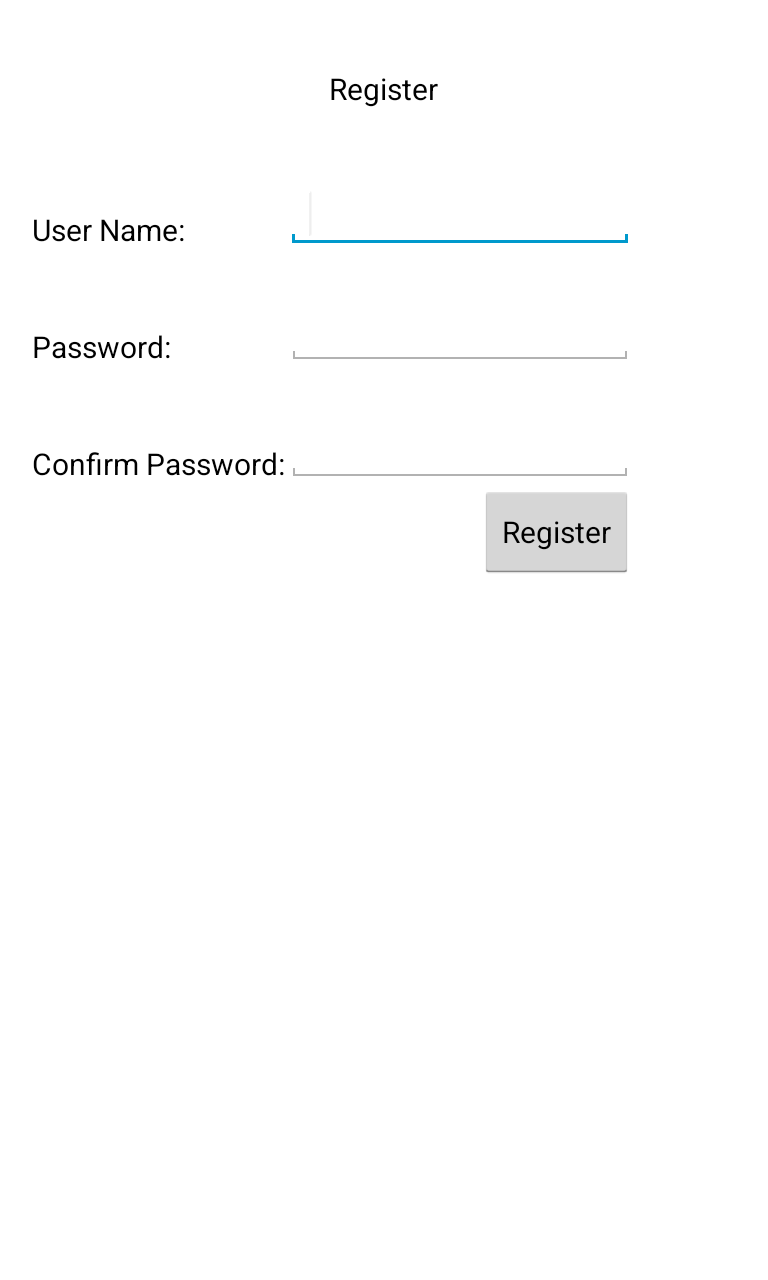
Repository: chrisberry/WebAPIWithAndroidUI
Layout: PeopleAPIAndroid/PeopleAPI/res/layout/register_main.xml
These files come from the project's save history. The layout is drawn as it stood at one moment and after the next save; the edit follows.
It is drawn on a 768 x 1280 px phone screen (xhdpi) without system bars, with theme AppTheme; the app's code is not run.

Above is the layout before, as saved 2014-02-11 19:05:56.

### PeopleAPIAndroid/PeopleAPI/res/layout/register_main.xml
<RelativeLayout xmlns:android="http://schemas.android.com/apk/res/android"
    xmlns:tools="http://schemas.android.com/tools"
    android:layout_width="match_parent"
    android:layout_height="match_parent"
    android:paddingBottom="@dimen/activity_vertical_margin"
    android:paddingLeft="@dimen/activity_horizontal_margin"
    android:paddingRight="@dimen/activity_horizontal_margin"
    android:paddingTop="@dimen/activity_vertical_margin"
    tools:context=".RegisterActivity" >

    <TextView
        android:id="@+id/textHeader"
        android:layout_width="wrap_content"
        android:layout_height="wrap_content"
        android:layout_alignParentTop="true"
        android:layout_centerHorizontal="true"
        android:layout_marginTop="18dp"
        style="20sp"
        android:text="@string/register_tile"
        android:textAppearance="?android:attr/textAppearanceLarge" />

    <TextView
        android:id="@+id/txtUserName"
        android:layout_width="wrap_content"
        android:layout_height="wrap_content"
        android:layout_alignParentLeft="true"
        android:layout_below="@+id/textHeader"
        android:layout_marginTop="50dp"
        android:text="@string/username"
        android:textAppearance="?android:attr/textAppearanceMedium" />

    <EditText
        android:id="@+id/editUserName"
        android:layout_width="wrap_content"
        android:layout_height="wrap_content"
        android:layout_alignBottom="@+id/txtUserName"
        android:layout_marginLeft="50dp"
        android:layout_toRightOf="@+id/txtUserName"
        android:ems="10" >

        <requestFocus />
    </EditText>

    <TextView
        android:id="@+id/txtPassword"
        android:layout_width="wrap_content"
        android:layout_height="wrap_content"
        android:layout_alignLeft="@+id/txtUserName"
        android:layout_below="@+id/txtUserName"
        android:layout_marginTop="38dp"
        android:text="@string/password"
        android:textAppearance="?android:attr/textAppearanceMedium" />

    <EditText
        android:id="@+id/editPassword"
        android:layout_width="wrap_content"
        android:layout_height="wrap_content"
        android:layout_alignBottom="@+id/txtPassword"
        android:layout_alignLeft="@+id/editUserName"
        android:ems="10"
        android:inputType="textPassword" />

     <TextView
        android:id="@+id/txtConfirmPassword"
        android:layout_width="wrap_content"
        android:layout_height="wrap_content"
        android:layout_alignLeft="@+id/txtPassword"
        android:layout_below="@+id/txtPassword"
        android:layout_marginTop="38dp"
        android:text="@string/confirm_password"
        android:textAppearance="?android:attr/textAppearanceMedium" />
     <EditText
        android:id="@+id/editConfirmPassword"
        android:layout_width="wrap_content"
        android:layout_height="wrap_content"
        android:layout_alignBottom="@+id/txtConfirmPassword"
        android:layout_alignLeft="@+id/editPassword"
        android:ems="10"
        android:inputType="textPassword" />



    <Button
        android:id="@+id/button1"
        android:layout_width="wrap_content"
        android:layout_height="wrap_content"
        android:layout_alignRight="@+id/editConfirmPassword"
        android:layout_below="@+id/editConfirmPassword"
        android:onClick="Register"
        android:text="@string/register" />



</RelativeLayout>

### PeopleAPIAndroid/PeopleAPI/res/values/styles.xml
<resources>

    <!--
        Base application theme, dependent on API level. This theme is replaced
        by AppBaseTheme from res/values-vXX/styles.xml on newer devices.


    -->
    <style name="AppBaseTheme" parent="android:Theme.Light">
        <!--
            Theme customizations available in newer API levels can go in
            res/values-vXX/styles.xml, while customizations related to
            backward-compatibility can go here.


        -->
    </style>

    <!-- Application theme. -->
    <style name="AppTheme" parent="AppBaseTheme">
        <!-- All customizations that are NOT specific to a particular API-level can go here. -->
        <item name="android:textSize">15sp</item>
		 <item name="android:layout_width">fill_parent</item>
        <item name="android:layout_height">wrap_content</item>
        <item name="android:typeface">sans</item>
    </style>

    <style name="CodeFont" parent="@android:style/TextAppearance.Medium">
        <item name="android:layout_width">fill_parent</item>
        <item name="android:layout_height">wrap_content</item>
        <item name="android:textColor">#006699</item>
        <item name="android:typeface">sans</item>
    </style>

</resources>

### PeopleAPIAndroid/PeopleAPI/res/values/strings.xml
<?xml version="1.0" encoding="utf-8"?>
<resources>
    <string name="app_name">People API</string>
    <string name="action_settings">Settings</string>
    <string name="hello_world">Hello world!</string>
    <string name="login_tile">Login</string>
    <string name="register_tile">Register</string>
    <string name="register_prompt">No Account? Register here!</string>
    <string name="password">Password:</string>
    <string name="confirm_password">Confirm Password:</string>
    <string name="login">Login</string>
    <string name="register">Register</string>
    <string name="username">User Name:</string>
</resources>

Loaded but not shown: PeopleAPIAndroid/PeopleAPI/res/values-v11/styles.xml (common file); PeopleAPIAndroid/PeopleAPI/res/values-v14/styles.xml (common file); PeopleAPIAndroid/PeopleAPI/res/values/dimens.xml (common file)

After the next save:
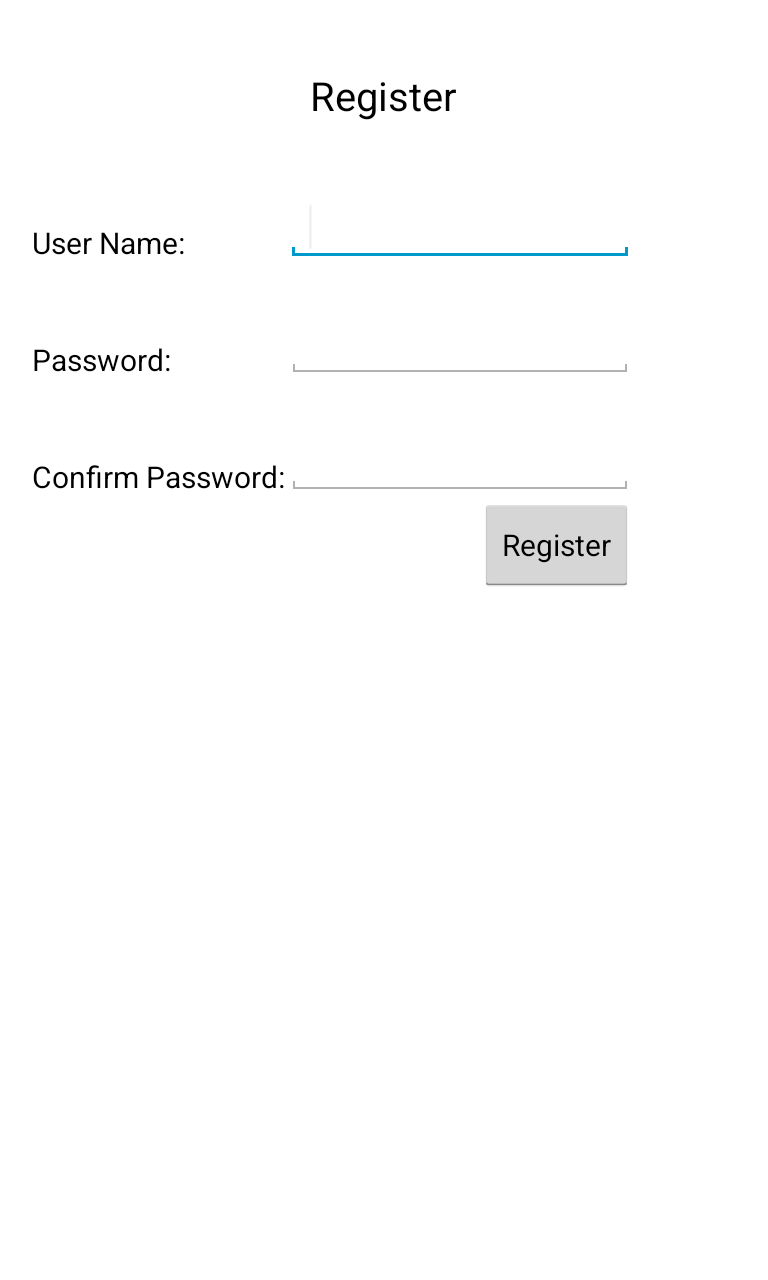
Saved 65 s later.
--- a/PeopleAPIAndroid/PeopleAPI/res/layout/register_main.xml
+++ b/PeopleAPIAndroid/PeopleAPI/res/layout/register_main.xml
@@ -15,8 +15,8 @@
         android:layout_alignParentTop="true"
         android:layout_centerHorizontal="true"
         android:layout_marginTop="18dp"
-        style="20sp"
         android:text="@string/register_tile"
+        android:textSize="20sp"
         android:textAppearance="?android:attr/textAppearanceLarge" />
 
     <TextView
